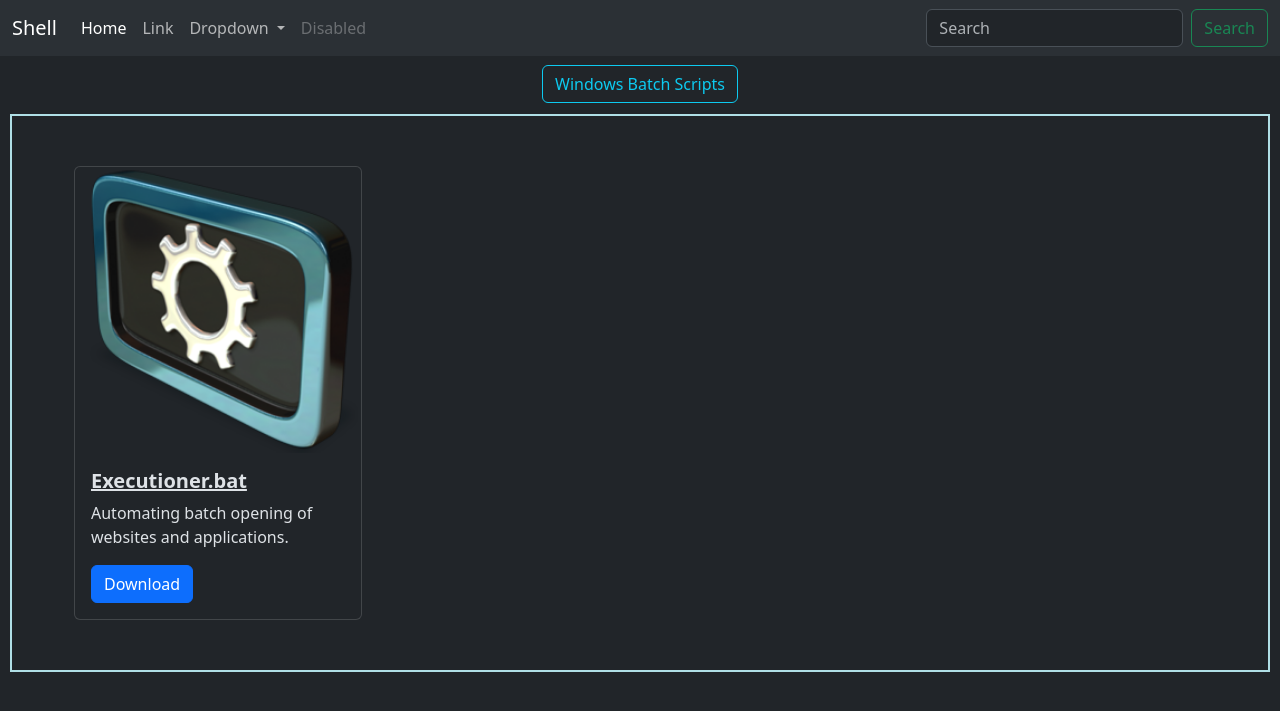
Repository: VictoriousMango/Archive
Page: index.html
An editor plug-in stored every save of this project. The page is shown before and after the next save, followed by the edit.
The browser window is 1280 px wide. The pictures show the whole page.

Above is the page before, as saved 2024-06-06 01:00:35.

After the next save:
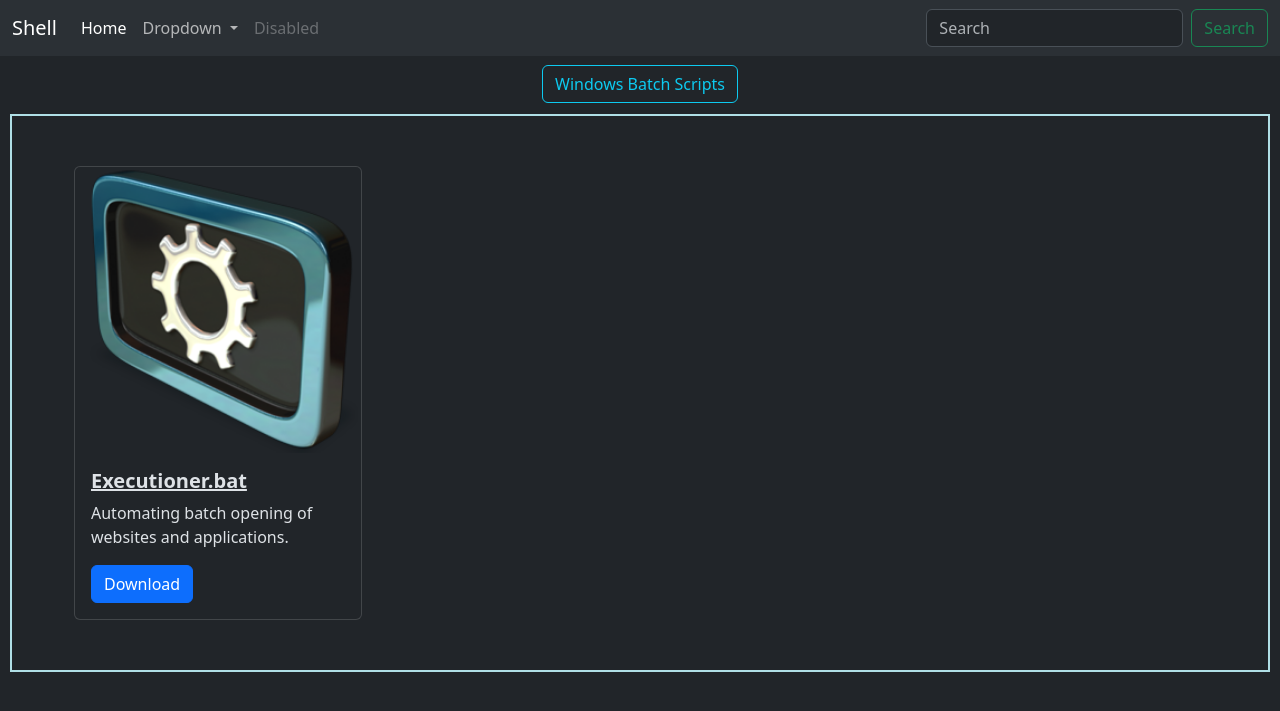
Saved 9 min 40 s later.
--- a/index.html
+++ b/index.html
@@ -18,18 +18,12 @@
                     <li class="nav-item">
                         <a class="nav-link active" aria-current="page" href="#">Home</a>
                     </li>
-                    <li class="nav-item">
-                        <a class="nav-link" href="#">Link</a>
-                    </li>
                     <li class="nav-item dropdown">
                         <a class="nav-link dropdown-toggle" href="#" role="button" data-bs-toggle="dropdown" aria-expanded="false">
                         Dropdown
                         </a>
                         <ul class="dropdown-menu">
-                        <li><a class="dropdown-item" href="#">Action</a></li>
-                        <li><a class="dropdown-item" href="#">Another action</a></li>
-                        <li><hr class="dropdown-divider"></li>
-                        <li><a class="dropdown-item" href="#">Something else here</a></li>
+                        <li><a class="dropdown-item" href="#">Windows Batch Scripts</a></li>
                         </ul>
                     </li>
                     <li class="nav-item">
